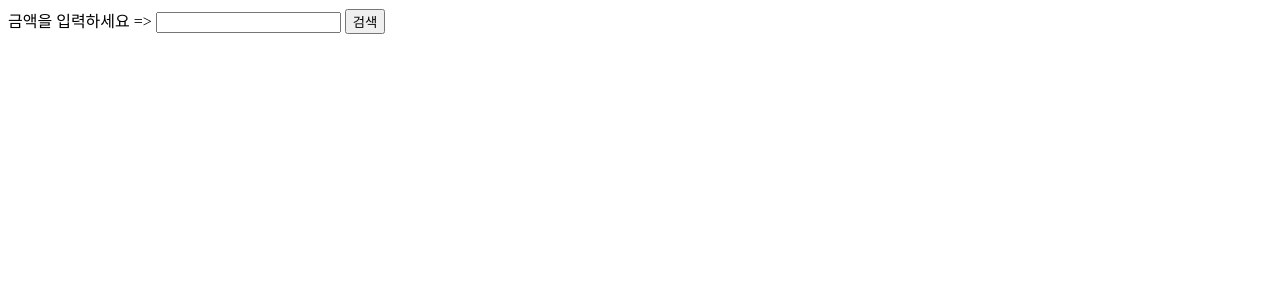
Repository: JUNGJAYOUNG/database_web
Page: http://localhost/day1109/searchBook.jsp
These files come from the project's save history. The page is drawn as it stood at one moment and after the next save; the edit follows.
The browser window is 1280 px wide. The pictures show the whole page.
The page is served by Tomcat 9. Other server files are loaded and not shown.

Above is the page before, as saved 2021-11-09 07:28:50.

### day1109/src/main/webapp/searchBook.jsp
<%@page import="com.sist.vo.BookVO"%>
<%@page import="java.util.ArrayList"%>
<%@page import="com.sist.dao.BookDAO"%>
<%@ page language="java" contentType="text/html; charset=EUC-KR"
    pageEncoding="EUC-KR"%>
<!DOCTYPE html>
<html>
<head>
<meta charset="EUC-KR">
<title>Insert title here</title>
</head>
<body>
	<form action="searchBook.jsp" method="post">
		금액을 입력하세요 => <input type="text" name="price">
		<input type="submit" value="검색">
	</form>

	<%
	if(request.getParameter("price")!=null){
		int price = Integer.parseInt(request.getParameter("price"));
		BookDAO dao = new BookDAO();
		ArrayList<BookVO> list = dao.searchBook(price);
		%>
			<table>
				<tr>
					<td>도서번호</td>
					<td>도서명</td>
					<td>출판사명</td>
					<td>가격</td>
				</tr>
				<%
					for(BookVO b:list){
						%>
						<tr>
						<td><%=b.getBookid()%></td>
						<td><%=b.getBookname()%></td>
						<td><%=b.getPublisher()%></td>
						<td><%=b.getPrice()%></td>
						</tr>
						<%
					}
				%>
			</table>
		<%
	}
	%>

</body>
</html>

After the next save:
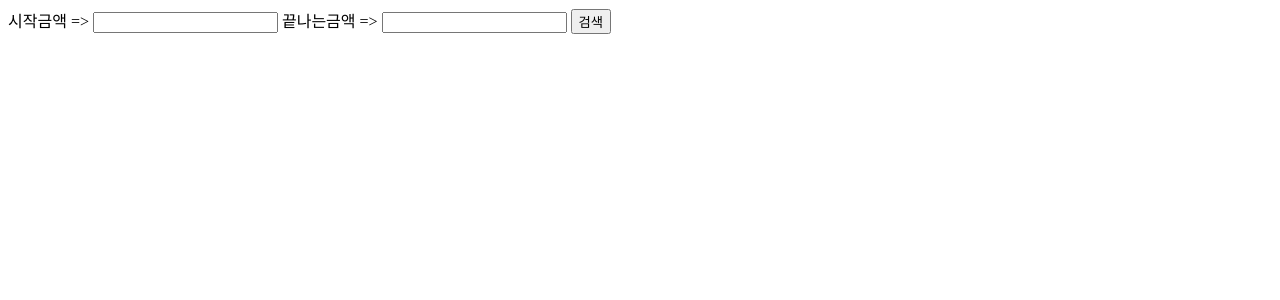
Saved 18 min 35 s later.
--- a/day1109/src/main/webapp/searchBook.jsp
+++ b/day1109/src/main/webapp/searchBook.jsp
@@ -11,7 +11,8 @@
 </head>
 <body>
 	<form action="searchBook.jsp" method="post">
-		금액을 입력하세요 => <input type="text" name="price">
+		시작금액 => <input type="text" name="start">
+		끝나는금액 => <input type="text" name="start">
 		<input type="submit" value="검색">
 	</form>
 
